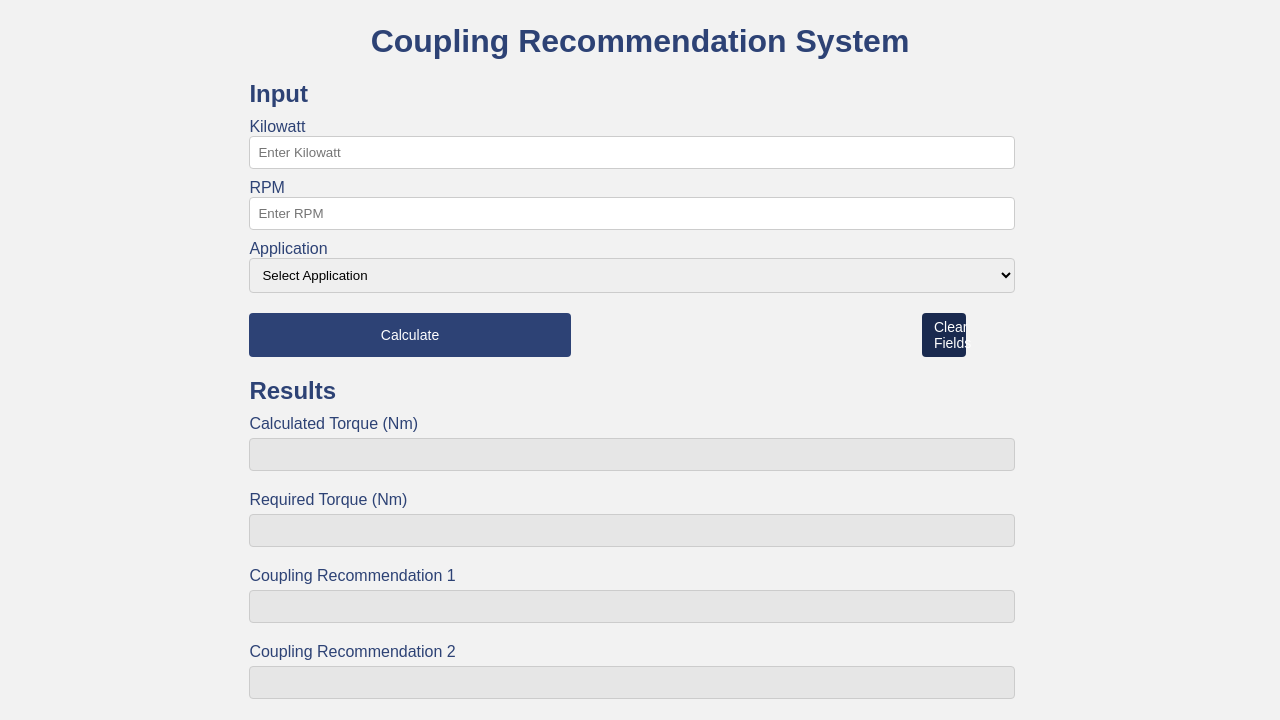
Repository: JustinSadie/calculator
Page: newIndex.html
The author's editor kept a copy of each file at every save. The page is drawn from the files as they stood at one save, then again after the next save.
The browser window is 1280 px wide. The pictures show the whole page.

Above is the page before, as saved 2024-08-25 15:56:50.

### newIndex.html
<!DOCTYPE html>
<html lang="en">
  <head>
    <meta charset="UTF-8" />
    <meta name="viewport" content="width=device-width, initial-scale=1.0" />
    <title>Coupling Recommendation</title>
    <link rel="stylesheet" href="newCSS.css" />
  </head>
  <body>
    <div class="coupling-calculator">
      <h1>Coupling Recommendation System</h1>

      <div class="input-section">
        <h2>Input</h2>
        <label for="kilowatt">Kilowatt</label>
        <input
          type="number"
          id="kilowatt"
          placeholder="Enter Kilowatt"
          required
        />

        <label for="rotationSpeed">RPM</label>
        <input
          type="number"
          id="rotationSpeed"
          placeholder="Enter RPM"
          required
        />

        <label for="application">Application</label>
        <select id="application">
          <option value="">Select Application</option>
          <option value="1.2">Centrifugal Pumps</option>
          <option value="1.2">Fans</option>
          <option value="1.2">Belt Conveyors</option>
          <option value="1.6">Hammermill</option>
          <option value="1.6">Bucket Elevator</option>
          <option value="1.6">Scraper Conveyor</option>
          <option value="2.4">Reciprocating Pump</option>
          <option value="2.4">Compressor(3Cyl or less)</option>
          <option value="2">Crusher</option>
          <option value="2">Calender</option>
          <option value="2">Shaker</option>
          <option value="2">Compressor(4 Cyl or more)</option>
          <option value="4">Steel Mill rolers Tables</option>
          <option value="4">Heavy Reversing Drives</option>
        </select>
        <input
          type="text"
          id="customApplication"
          placeholder="Enter Custom Application"
          style="display: none"
        />

        <div class="button-container">
          <button onclick="displayResults()">Calculate</button>
          <button class="additional">Clear Fields</button>
        </div>
      </div>

      <div class="output-section">
        <h2>Results</h2>
        <div class="result">
          <label for="torqueResult">Calculated Torque (Nm)</label>
          <input type="text" id="torqueResult" readonly />
        </div>

        <div class="result">
          <label for="coupRat">Required Torque (Nm)</label>
          <input type="text" id="coupRat" readonly />
        </div>

        <div class="result">
          <label for="brCouplingSuggest1">Coupling Recommendation 1</label>
          <input type="text" id="brCouplingSuggest1" readonly />
        </div>

        <div class="result">
          <label for="brCouplingSuggest2">Coupling Recommendation 2</label>
          <input type="text" id="brCouplingSuggest2" readonly />
        </div>
      </div>

      <script src="Coupling generator copy.js"></script>
    </div>
  </body>
</html>

### newCSS.css
/* Overall page styling */
body {
  font-family: Arial, sans-serif;
  margin: 0;
  padding: 0;
  background-color: #f2f2f2;
  color: #2d4275;
  display: flex;
  justify-content: center;
  align-items: center;
  min-height: 100vh;
}

.coupling-caclulator {
  max-width: 50%; /* Make the container half the width of the page */
  margin: 0 auto;
  padding: 20px;
  background-color: #ffffff;
  box-shadow: 0 0 10px rgba(0, 0, 0, 0.1);
  border: 2px solid #2d4275; /* Add border around the container */
  border-radius: 8px;
  box-sizing: border-box; /* Include padding and border in the width */
}

h1 {
  color: #2d4275;
  text-align: center;
  margin-bottom: 20px;
}

/* Input section styling */
.input-section {
  margin-bottom: 20px;
}

.input-section h2 {
  color: #2d4275;
  margin-bottom: 10px;
}

input,
select {
  padding: 8px; /* Make the input fields smaller */
  margin-bottom: 10px;
  width: calc(100% - 16px); /* Adjust width to account for padding and borders */
  border: 1px solid #ccc;
  border-radius: 4px;
  box-sizing: border-box;
}

/* Container for buttons */
.button-container {
  display: grid;
  grid-template-columns: 1fr auto;
  gap: 10px;
  margin-top: 10px;
}

button {
  padding: 6px 12px; /* Adjust padding if needed */
  background-color: #2d4275;
  color: #ffffff;
  border: none;
  border-radius: 4px;
  cursor: pointer;
  font-size: 14px;
  width: calc(50% - 10px); /* Adjust width for smaller button */
  margin-right: 10px; /* Add space between buttons */
}

button:hover {
  background-color: #1a2a4f;
}

/* Additional button styling */
button.additional {
  background-color: #1a2a4f;
  width: calc(50% - 10px); /* Same size as the primary button */
}

button.additional:hover {
  background-color: #0d1a3b;
}


/* Output section styling */
.output-section {
  margin-top: 20px;
}

.output-section h2 {
  color: #2d4275;
  margin-bottom: 10px;
}

.result {
  margin-bottom: 10px;
}

.result label {
  display: block;
  margin-bottom: 5px;
  color: #2d4275;
}

.result input {
  padding: 8px; /* Make the output fields smaller */
  border: 1px solid #ccc;
  border-radius: 4px;
  width: calc(100% - 16px); /* Adjust width to account for padding and borders */
  box-sizing: border-box;
  background-color: #f9f9f9;
}

.result input[readonly] {
  background-color: #e6e6e6;
  cursor: not-allowed;
}

### Coupling generator copy.js
lst = [97,128, 164, 187, 215, 255, 271, 314, 355, 428,
    471, 517, 618, 679, 706, 868, 889, 900,
    1089, 1227, 1296, 1392, 1427, 1641, 1768, 2081,
    2150, 2398, 2551, 2837, 3134, 3343, 3536, 3787,
    4274, 4873, 4963, 5326, 5860, 6645, 6721, 6978,
    7234, 8443, 8806, 9071, 9864, 10172, 10811, 11063,
    12835, 13359, 13870, 14165, 16126, 17502, 18434,
    20135, 20684, 21989, 24153, 28155, 28166, 29107,
    35206, 35584, 38136, 38177, 45784, 48006, 50019,
    52525, 55588, 58182, 68818, 72908, 75800, 79879,
    86627, 99418, 100312, 104658, 136282, 136785,
    152552, 178422, 208020, 234914, 366843
]


const bearingData = {
  black: {
    sizes: [97, 164, 271, 471, 679, 1089, 1641, 2551, 3787, 5326, 6721, 8443, 10811, 18434, 29107, 38177, 52525, 79879],
  },
  yellow: {
    sizes: [128, 215, 355, 618, 889, 1427, 2150, 3343, 4963, 6978, 8806, 11063, 14165, 24153, 38136, 50019, 68818, 104658],
  },
  blue: {
    sizes: [187, 314, 517, 900, 1296, 2081, 3134, 4873, 7234, 10172, 12835, 16126, 20684, 35206, 55588, 72908, 100312, 152552],
  },
  green: {
    sizes: [255, 428, 706, 1227, 1768, 2837, 4274, 6645, 9864, 13870, 17502, 21989, 28155, 48006, 75800, 99418, 136785, 208020],
  },
  red: {
    sizes: [517, 868, 1392, 2398, 3536, 5860, 9071, 13359, 20135, 28166, 35584, 45784, 58182, 86627, 136282, 178422, 234914, 366843],
  },
};

const sizeIndex = {
    "BR_95" : 0,
   "BR_115" : 1,
   "BR_135" : 2,
   "BR_155" : 3,
   "BR_179" : 4,
   "BR_206" : 5,
   "BR_236" : 6,
   "BR_276" : 7,
   "BR_306" : 8,
   "BR_336" : 9,
   "BR_366" : 10,
   "BR_406" : 11,
   "BR_446" : 12,
   "BR_506" : 13,
   "BR_556" : 14,
   "BR_636" : 15,
   "BR_716" : 16,
   "BR_826" : 17,
}


function calculateTorque(){
    var kilowatt = document.getElementById("kilowatt").value;
    var rotationSpeed = document.getElementById("rotationSpeed").value;
    var torque = ((kilowatt *  9550)/rotationSpeed);
    torqueResult = torque.toFixed(2) + " (Nm)";
    return {
        torqueresultText: torqueResult,
        torqueResultNumeric: torque,
    };

}

function getSafetyFactorValue(){
    var serviceFactor = document.getElementById("application").value;
    var customServiceFactor = document.getElementById("customApplication").value.trim();

    if (customServiceFactor) {
        return customServiceFactor;
    } else if (serviceFactor && serviceFactor !== "default") {
        return serviceFactor;
    } else {
        throw new Error("Please select an application or enter a custom application.");
    }
};


function calculateAndSetCouplingRating() {
    try {
        var torque = calculateTorque().torqueResultNumeric;
        var serviceFactor = getSafetyFactorValue();

        if (isNaN(serviceFactor)) {
            throw new Error("Invalid service factor input");
        }
        var couplingRating = Math.round(torque * serviceFactor);
        var couplingRatingResult = couplingRating + " (Nm)";

        return {
            couplingRatingText: couplingRatingResult,
            couplingRatingNumeric: couplingRating,
        };
    } catch (error) {
        console.error("Error in calculateAndSetCouplingRating:", error.message);
        return {
            error: error.message,
        };
    }
}



function nextNearestValue() {

    x = calculateAndSetCouplingRating().couplingRatingNumeric;

    for(const elem of lst){
        if(x <= elem) {
            const nextIndex = lst.indexOf(elem) + 1;
            if (nextIndex < lst.length) {
                return {
                    firstRecommendation : elem,
                    secondrecommendation : lst[nextIndex],
                };
            }
        }
    }
    return {
        firstRecommendation : elem,
        secondrecommendation : "none",
    }
}

function safetyFactor(nnv,torque){
    return (nnv/torque).toFixed(2);
}

function findColorAndSize(value) {
    for (const color in bearingData) {
      const sizes = bearingData[color].sizes;
      const index = sizes.indexOf(value);
      if (index !== -1) {
        const sizeKey = Object.keys(sizeIndex).find((key) => sizeIndex[key] === index);
        return {
          color: color,
          size: sizeKey,
        };
      }
    }
    return null;
}



function displayResults(){
    var newVal = calculateAndSetCouplingRating();
    document.getElementById('torqueResult').value=calculateTorque().torqueresultText;
    document.getElementById('coupRat').value=calculateAndSetCouplingRating().couplingRatingText;

    document.getElementById('brCouplingSuggest1').value=findColorAndSize(nextNearestValue().firstRecommendation).size + " - " + findColorAndSize(nextNearestValue().firstRecommendation).color;
    document.getElementById('brCouplingSuggest2').value=findColorAndSize(nextNearestValue().secondrecommendation).size + " - " + findColorAndSize(nextNearestValue().secondrecommendation).color;
    document.getElementById('sfCouplingSuggest1').value=safetyFactor(nextNearestValue().firstRecommendation, calculateTorque().torqueResultNumeric);
    document.getElementById('sfCouplingSuggest2').value=safetyFactor(nextNearestValue().secondrecommendation, calculateTorque().torqueResultNumeric);
}


function clearTable(){
    document.getElementById('kilowatt').value="";
    document.getElementById('rotationSpeed').value="";
    document.getElementById('serviceFactor').value="";
    document.getElementById('torqueResult').value="";
    document.getElementById('coupRat').value="";
    document.getElementById('brCouplingSuggest1').value="";
    document.getElementById('brCouplingSuggest2').value="";
}

function validateInput(inputId) {
    var inputElement = document.getElementById(inputId);
    var inputValue = inputElement.value.trim();

    if (inputValue === "") {
        alert("Input cannot be empty.");
        return false;
    }

    if (!/^\d+$/.test(inputValue)) {
        alert("Input must contain only numbers.");
        return false;
    }

    return true;
}

function validateForm() {
    if (!validateInput("kilowatt") || !validateInput("rotationSpeed")) {
        return false;
    }
    return true;
}

After the next save:
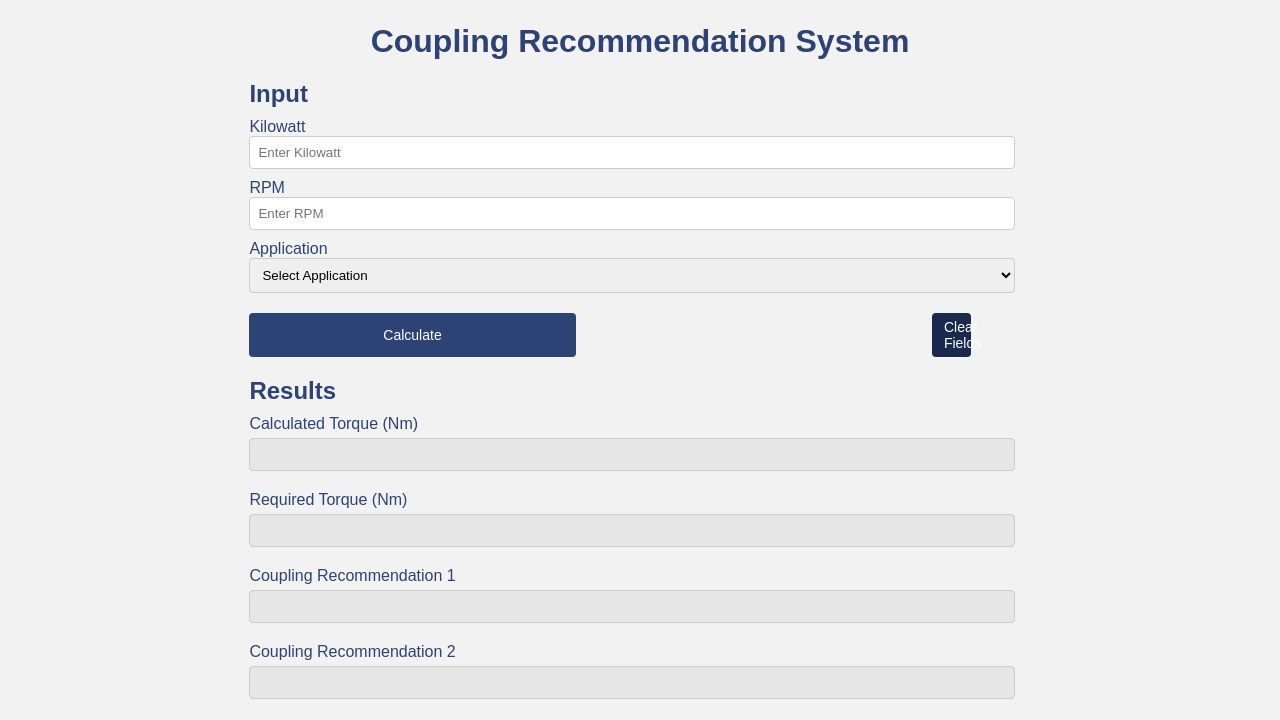
Saved 22 s later.
--- a/newCSS.css
+++ b/newCSS.css
@@ -65,7 +65,6 @@ button {
   cursor: pointer;
   font-size: 14px;
   width: calc(50% - 10px); /* Adjust width for smaller button */
-  margin-right: 10px; /* Add space between buttons */
 }
 
 button:hover {
